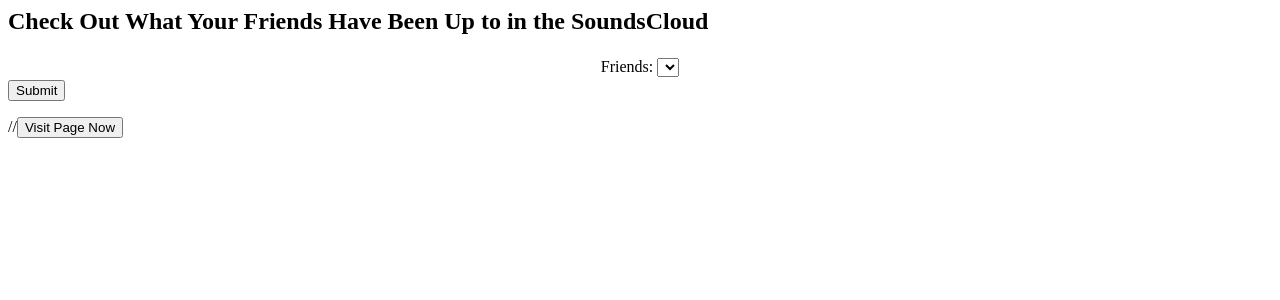
Repository: jaymccrey/wichacks2017
Page: http://localhost/Yan-Test/my_friends.php
The author's editor kept a record of every edit. The page is drawn from the files as they stood at one moment, then again after the next edit.
The browser window is 1280 px wide. The pictures show the whole page.
The page is run by PHP 8.4 with error messages shown; the project is at /var/www/html/. Queries for data that is not in the repository find no rows.

Above is the page before.

### Yan-Test/my_friends.php
<?php

   //Connect to the database
    $host = "127.0.0.1";
    $user = "root";                     //Your Cloud 9 username
    $pass = "";                                  //Remember, there is NO password by default!
    $db = "c9";                                  //Your database name you want to connect to
    $port = 3306;                                //The port #. It is always 3306
  ?>

  <h2>Check Out What Your Friends Have Been Up to in the SoundsCloud</h2>

  <form action="personal_profile.php" method="post">
  	<table align="center">

  		<tr>
				<td ><span align='right'>Friends:</span></td>
				<td>
								<select id='friends' name='friends' >

							<?php
						    $connection = mysqli_connect($host, $user, $pass, $db, $port)or die(mysql_error());

						    $query = "select UserId, FirstName from users;";
						    $result = mysqli_query($connection, $query);

						    while ($row = mysqli_fetch_assoc($result)) {

						    	$userId =  $row['UserId'];


						   		$firstName = $row['FirstName'];
						        echo "<option>".$userId." ". $firstName."</option>

						       ";

						    }

						?>
			  echo "</select>
			  </td>
			  </tr>
			  <input type='hidden' name='person' value="$friends" />

			  	</table>



  		<div class='button'>
								 <input type='submit' name='submit' value='Submit' />

							</div>


  </form>

  //<button onclick="window.location='../index.html';">Visit Page Now</button>

After the next edit:
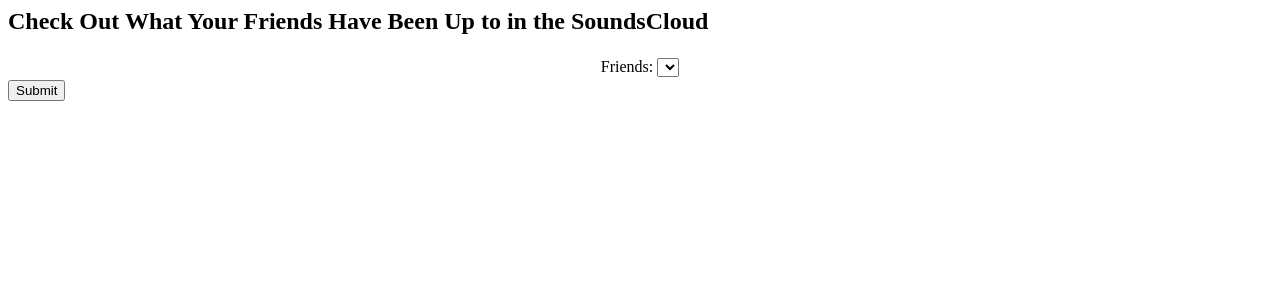
The edit:
--- a/Yan-Test/my_friends.php
+++ b/Yan-Test/my_friends.php
@@ -53,5 +53,3 @@
 
 
   </form>
-
-  //<button onclick="window.location='../index.html';">Visit Page Now</button>
